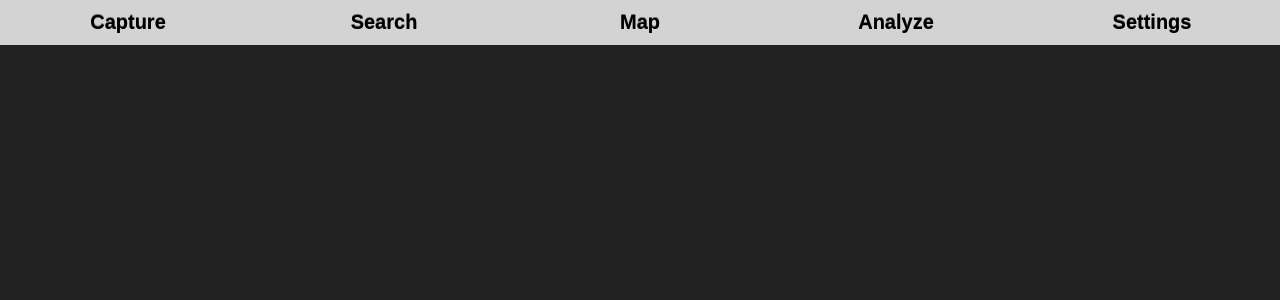
Repository: alightnin/WiFiGeolocator
Page: Final Project/WifiGeolocator/assets/www/index.html
These files come from the project's save history. The page is drawn as it stood at one moment and after the next save; the edit follows.
The browser window is 1280 px wide. The pictures show the whole page.

Above is the page before, as saved 2012-10-17 15:19:43.
Not found: Final Project/WifiGeolocator/assets/www/js/app.js

### Final Project/WifiGeolocator/assets/www/index.html
<!DOCTYPE HTML>
<html>
	<head>
		<meta name="viewport" content="width=device-width, initial-scale=1.0, user-scalable=0, minimum-scale=1.0, maximum-scale=1.0">
		<meta name="apple-mobile-web-app-capable" content="yes" />
		<link rel="stylesheet" href="css/geolocator.css">
		<script src="cordova-2.0.0.js"></script>
		<script src="js/iscroll-lite.js"></script>
		<script src="js/jquery-1.8.2.min.js"></script>
		<script src="js/app.js"></script>
		<script>
		$('#tab-bar a').on('click', function(e){
		    e.preventDefault();
		    var nextPage = $(e.target.hash);
		    $("#pages .current").removeClass("current");
		    nextPage.addClass("current");
		});
		</script>
		<title>WiFi GeoLocator</title>
	</head>
	<body>
		<header>
			<ul id="tab-bar">
    			<li><a href="#capture">Capture</a></li>
    			<li><a href="#search">Search</a></li>
    			<li><a href="#map">Map</a></li>
    			<li><a href="#analyze">Analyze</a></li>
    			<li><a href="#settings">Settings</a></li>
			</ul>
		</header>
		<div id="wrapper">
			<div id="main-content">
				<div id="pages">
    				<div id="capture" class="current">
    				</div>
    				<div id="search">
    				</div>
    				<div id="map">
    				</div>
    				<div id="analyze">
    				</div>
    				<div id="settings">
    				</div>
				</div>
			</div>
		</div>
	</body>
</html>

### Final Project/WifiGeolocator/assets/www/css/geolocator.css
html, body{
 margin: 0;
 padding: 0;
 border: 0;
}
body {
 font-family:Arial,  sans-serif;
 line-height:1.5;
 font-size:16px;
 background: #fff;
 padding:5px;
 color: #000000;
 word-wrap: break-word;
 -webkit-text-size-adjust: none;
}
h1, h2, h3, h4, h5, h6{ font-weight: normal; }
p img { float: left; margin: 0 10px 5px 0; padding: 0; }
img { border: 0; max-width: 100%; }
body{
    background: #222;
}
header{
    top:0; left:0;
    height:45px;
}
footer {
    bottom:0; left:0;
    height:48px;
    background-color:#c27b00;
    border-top:1px solid #eee;
}
header, footer{
    background-color:#d3d3d3;
    padding:0;
    position:absolute;
    z-index:2;
    font-size:20px;
    width:100%;
    text-align:center;
    color:#000000;
    font-weight:bold;
    text-shadow:0 -1px 0 rgba(0,0,0,0.5);
    line-height:45px;
}
h1{
    margin:0;
    text-transform: uppercase;
}
#wrapper {
    position:absolute;
    z-index:1;
    top:45px; bottom:48px; left:0;
    width:100%;
    overflow:auto;
}
#main-content {
    position:absolute;
    z-index:1;
    width:100%;
    padding:0;
}
#tab-bar{
    margin:0;
    padding:0;
}
#tab-bar li {
    display: inline;
    float:left;
    width: 20%;
}
#tab-bar a {
    color: #000000;
    display: block;
    overflow: hidden;
    position: relative;
    text-align: center;
    text-decoration: none;
    -webkit-touch-callout:none;
}
#pages > div {
    display: none;
    position: absolute;
    top:0;left:0;
    width:100%;
}
#pages > div.current {
    display: block;
}
#pages{
    position:relative;
}
.in, .out {
    -webkit-animation-timing-function: ease-in-out;
    -webkit-animation-duration: 400ms;
}
@-webkit-keyframes fade-in {
    from { opacity: 0; } to { opacity: 1; }
}
.fade.in {
    -webkit-animation-name: fade-in;
    z-index: 5;
}
.fade.out {
    z-index: 0;
}

### Final Project/WifiGeolocator/assets/www/js/iscroll-lite.js
/*!
 * iScroll Lite base on iScroll v4.1.6 ~ Copyright (c) 2011 Matteo Spinelli, http://cubiq.org
 * Released under MIT license, http://cubiq.org/license
 */

(function(){
var m = Math,
	mround = function (r) { return r >> 0; },
	vendor = (/webkit/i).test(navigator.appVersion) ? 'webkit' :
		(/firefox/i).test(navigator.userAgent) ? 'Moz' :
		'opera' in window ? 'O' : '',

    // Browser capabilities
    isAndroid = (/android/gi).test(navigator.appVersion),
    isIDevice = (/iphone|ipad/gi).test(navigator.appVersion),
    isPlaybook = (/playbook/gi).test(navigator.appVersion),
    isTouchPad = (/hp-tablet/gi).test(navigator.appVersion),

    has3d = 'WebKitCSSMatrix' in window && 'm11' in new WebKitCSSMatrix(),
    hasTouch = 'ontouchstart' in window && !isTouchPad,
    hasTransform = vendor + 'Transform' in document.documentElement.style,
    hasTransitionEnd = isIDevice || isPlaybook,

	nextFrame = (function() {
	    return window.requestAnimationFrame
			|| window.webkitRequestAnimationFrame
			|| window.mozRequestAnimationFrame
			|| window.oRequestAnimationFrame
			|| window.msRequestAnimationFrame
			|| function(callback) { return setTimeout(callback, 17); }
	})(),
	cancelFrame = (function () {
	    return window.cancelRequestAnimationFrame
			|| window.webkitCancelAnimationFrame
			|| window.webkitCancelRequestAnimationFrame
			|| window.mozCancelRequestAnimationFrame
			|| window.oCancelRequestAnimationFrame
			|| window.msCancelRequestAnimationFrame
			|| clearTimeout
	})(),

	// Events
	RESIZE_EV = 'onorientationchange' in window ? 'orientationchange' : 'resize',
	START_EV = hasTouch ? 'touchstart' : 'mousedown',
	MOVE_EV = hasTouch ? 'touchmove' : 'mousemove',
	END_EV = hasTouch ? 'touchend' : 'mouseup',
	CANCEL_EV = hasTouch ? 'touchcancel' : 'mouseup',

	// Helpers
	trnOpen = 'translate' + (has3d ? '3d(' : '('),
	trnClose = has3d ? ',0)' : ')',

	// Constructor
	iScroll = function (el, options) {
		var that = this,
			doc = document,
			i;

		that.wrapper = typeof el == 'object' ? el : doc.getElementById(el);
		that.wrapper.style.overflow = 'hidden';
		that.scroller = that.wrapper.children[0];

		// Default options
		that.options = {
			hScroll: true,
			vScroll: true,
			x: 0,
			y: 0,
			bounce: true,
			bounceLock: false,
			momentum: true,
			lockDirection: true,
			useTransform: true,
			useTransition: false,

			// Events
			onRefresh: null,
			onBeforeScrollStart: function (e) { e.preventDefault(); },
			onScrollStart: null,
			onBeforeScrollMove: null,
			onScrollMove: null,
			onBeforeScrollEnd: null,
			onScrollEnd: null,
			onTouchEnd: null,
			onDestroy: null
		};

		// User defined options
		for (i in options) that.options[i] = options[i];

		// Set starting position
		that.x = that.options.x;
		that.y = that.options.y;

		// Normalize options
		that.options.useTransform = hasTransform ? that.options.useTransform : false;
		that.options.hScrollbar = that.options.hScroll && that.options.hScrollbar;
		that.options.vScrollbar = that.options.vScroll && that.options.vScrollbar;
		that.options.useTransition = hasTransitionEnd && that.options.useTransition;

		// Set some default styles
		that.scroller.style[vendor + 'TransitionProperty'] = that.options.useTransform ? '-' + vendor.toLowerCase() + '-transform' : 'top left';
		that.scroller.style[vendor + 'TransitionDuration'] = '0';
		that.scroller.style[vendor + 'TransformOrigin'] = '0 0';
		if (that.options.useTransition) that.scroller.style[vendor + 'TransitionTimingFunction'] = 'cubic-bezier(0.33,0.66,0.66,1)';

		if (that.options.useTransform) that.scroller.style[vendor + 'Transform'] = trnOpen + that.x + 'px,' + that.y + 'px' + trnClose;
		else that.scroller.style.cssText += ';position:absolute;top:' + that.y + 'px;left:' + that.x + 'px';

		that.refresh();

		that._bind(RESIZE_EV, window);
		that._bind(START_EV);
		if (!hasTouch) that._bind('mouseout', that.wrapper);
	};

// Prototype
iScroll.prototype = {
	enabled: true,
	x: 0,
	y: 0,
	steps: [],
	scale: 1,

	handleEvent: function (e) {
		var that = this;
		switch(e.type) {
			case START_EV:
				if (!hasTouch && e.button !== 0) return;
				that._start(e);
				break;
			case MOVE_EV: that._move(e); break;
			case END_EV:
			case CANCEL_EV: that._end(e); break;
			case RESIZE_EV: that._resize(); break;
			case 'mouseout': that._mouseout(e); break;
			case 'webkitTransitionEnd': that._transitionEnd(e); break;
		}
	},

	_resize: function () {
		this.refresh();
	},

	_pos: function (x, y) {
		x = this.hScroll ? x : 0;
		y = this.vScroll ? y : 0;

		if (this.options.useTransform) {
			this.scroller.style[vendor + 'Transform'] = trnOpen + x + 'px,' + y + 'px' + trnClose + ' scale(' + this.scale + ')';
		} else {
			x = mround(x);
			y = mround(y);
			this.scroller.style.left = x + 'px';
			this.scroller.style.top = y + 'px';
		}

		this.x = x;
		this.y = y;
	},

	_start: function (e) {
		var that = this,
			point = hasTouch ? e.touches[0] : e,
			matrix, x, y;

		if (!that.enabled) return;

		if (that.options.onBeforeScrollStart) that.options.onBeforeScrollStart.call(that, e);

		if (that.options.useTransition) that._transitionTime(0);

		that.moved = false;
		that.animating = false;
		that.zoomed = false;
		that.distX = 0;
		that.distY = 0;
		that.absDistX = 0;
		that.absDistY = 0;
		that.dirX = 0;
		that.dirY = 0;

		if (that.options.momentum) {
			if (that.options.useTransform) {
				// Very lame general purpose alternative to CSSMatrix
				matrix = getComputedStyle(that.scroller, null)[vendor + 'Transform'].replace(/[^0-9-.,]/g, '').split(',');
				x = matrix[4] * 1;
				y = matrix[5] * 1;
			} else {
				x = getComputedStyle(that.scroller, null).left.replace(/[^0-9-]/g, '') * 1;
				y = getComputedStyle(that.scroller, null).top.replace(/[^0-9-]/g, '') * 1;
			}

			if (x != that.x || y != that.y) {
				if (that.options.useTransition) that._unbind('webkitTransitionEnd');
				else cancelFrame(that.aniTime);
				that.steps = [];
				that._pos(x, y);
			}
		}

		that.startX = that.x;
		that.startY = that.y;
		that.pointX = point.pageX;
		that.pointY = point.pageY;

		that.startTime = e.timeStamp || Date.now();

		if (that.options.onScrollStart) that.options.onScrollStart.call(that, e);

		that._bind(MOVE_EV);
		that._bind(END_EV);
		that._bind(CANCEL_EV);
	},

	_move: function (e) {
		var that = this,
			point = hasTouch ? e.touches[0] : e,
			deltaX = point.pageX - that.pointX,
			deltaY = point.pageY - that.pointY,
			newX = that.x + deltaX,
			newY = that.y + deltaY,
			timestamp = e.timeStamp || Date.now();

		if (that.options.onBeforeScrollMove) that.options.onBeforeScrollMove.call(that, e);

		that.pointX = point.pageX;
		that.pointY = point.pageY;

		// Slow down if outside of the boundaries
		if (newX > 0 || newX < that.maxScrollX) {
			newX = that.options.bounce ? that.x + (deltaX / 2) : newX >= 0 || that.maxScrollX >= 0 ? 0 : that.maxScrollX;
		}
		if (newY > 0 || newY < that.maxScrollY) {
			newY = that.options.bounce ? that.y + (deltaY / 2) : newY >= 0 || that.maxScrollY >= 0 ? 0 : that.maxScrollY;
		}

		that.distX += deltaX;
		that.distY += deltaY;
		that.absDistX = m.abs(that.distX);
		that.absDistY = m.abs(that.distY);

		if (that.absDistX < 6 && that.absDistY < 6) {
			return;
		}

		// Lock direction
		if (that.options.lockDirection) {
			if (that.absDistX > that.absDistY + 5) {
				newY = that.y;
				deltaY = 0;
			} else if (that.absDistY > that.absDistX + 5) {
				newX = that.x;
				deltaX = 0;
			}
		}

		that.moved = true;
		that._pos(newX, newY);
		that.dirX = deltaX > 0 ? -1 : deltaX < 0 ? 1 : 0;
		that.dirY = deltaY > 0 ? -1 : deltaY < 0 ? 1 : 0;

		if (timestamp - that.startTime > 300) {
			that.startTime = timestamp;
			that.startX = that.x;
			that.startY = that.y;
		}

		if (that.options.onScrollMove) that.options.onScrollMove.call(that, e);
	},

	_end: function (e) {
		if (hasTouch && e.touches.length != 0) return;

		var that = this,
			point = hasTouch ? e.changedTouches[0] : e,
			target, ev,
			momentumX = { dist:0, time:0 },
			momentumY = { dist:0, time:0 },
			duration = (e.timeStamp || Date.now()) - that.startTime,
			newPosX = that.x,
			newPosY = that.y,
			newDuration;

		that._unbind(MOVE_EV);
		that._unbind(END_EV);
		that._unbind(CANCEL_EV);

		if (that.options.onBeforeScrollEnd) that.options.onBeforeScrollEnd.call(that, e);

		if (!that.moved) {
			if (hasTouch) {
				// Find the last touched element
				target = point.target;
				while (target.nodeType != 1) target = target.parentNode;

				if (target.tagName != 'SELECT' && target.tagName != 'INPUT' && target.tagName != 'TEXTAREA') {
					ev = document.createEvent('MouseEvents');
					ev.initMouseEvent('click', true, true, e.view, 1,
						point.screenX, point.screenY, point.clientX, point.clientY,
						e.ctrlKey, e.altKey, e.shiftKey, e.metaKey,
						0, null);
					ev._fake = true;
					target.dispatchEvent(ev);
				}
			}

			that._resetPos(200);

			if (that.options.onTouchEnd) that.options.onTouchEnd.call(that, e);
			return;
		}

		if (duration < 300 && that.options.momentum) {
			momentumX = newPosX ? that._momentum(newPosX - that.startX, duration, -that.x, that.scrollerW - that.wrapperW + that.x, that.options.bounce ? that.wrapperW : 0) : momentumX;
			momentumY = newPosY ? that._momentum(newPosY - that.startY, duration, -that.y, (that.maxScrollY < 0 ? that.scrollerH - that.wrapperH + that.y : 0), that.options.bounce ? that.wrapperH : 0) : momentumY;

			newPosX = that.x + momentumX.dist;
			newPosY = that.y + momentumY.dist;

 			if ((that.x > 0 && newPosX > 0) || (that.x < that.maxScrollX && newPosX < that.maxScrollX)) momentumX = { dist:0, time:0 };
 			if ((that.y > 0 && newPosY > 0) || (that.y < that.maxScrollY && newPosY < that.maxScrollY)) momentumY = { dist:0, time:0 };
		}

		if (momentumX.dist || momentumY.dist) {
			newDuration = m.max(m.max(momentumX.time, momentumY.time), 10);

			that.scrollTo(mround(newPosX), mround(newPosY), newDuration);

			if (that.options.onTouchEnd) that.options.onTouchEnd.call(that, e);
			return;
		}

		that._resetPos(200);
		if (that.options.onTouchEnd) that.options.onTouchEnd.call(that, e);
	},

	_resetPos: function (time) {
		var that = this,
			resetX = that.x >= 0 ? 0 : that.x < that.maxScrollX ? that.maxScrollX : that.x,
			resetY = that.y >= 0 || that.maxScrollY > 0 ? 0 : that.y < that.maxScrollY ? that.maxScrollY : that.y;

		if (resetX == that.x && resetY == that.y) {
			if (that.moved) {
				if (that.options.onScrollEnd) that.options.onScrollEnd.call(that);		// Execute custom code on scroll end
				that.moved = false;
			}

			return;
		}

		that.scrollTo(resetX, resetY, time || 0);
	},

	_mouseout: function (e) {
		var t = e.relatedTarget;

		if (!t) {
			this._end(e);
			return;
		}

		while (t = t.parentNode) if (t == this.wrapper) return;

		this._end(e);
	},

	_transitionEnd: function (e) {
		var that = this;

		if (e.target != that.scroller) return;

		that._unbind('webkitTransitionEnd');

		that._startAni();
	},

	/**
	 *
	 * Utilities
	 *
	 */
	_startAni: function () {
		var that = this,
			startX = that.x, startY = that.y,
			startTime = Date.now(),
			step, easeOut,
			animate;

		if (that.animating) return;

		if (!that.steps.length) {
			that._resetPos(400);
			return;
		}

		step = that.steps.shift();

		if (step.x == startX && step.y == startY) step.time = 0;

		that.animating = true;
		that.moved = true;

		if (that.options.useTransition) {
			that._transitionTime(step.time);
			that._pos(step.x, step.y);
			that.animating = false;
			if (step.time) that._bind('webkitTransitionEnd');
			else that._resetPos(0);
			return;
		}

		animate = function () {
			var now = Date.now(),
				newX, newY;

			if (now >= startTime + step.time) {
				that._pos(step.x, step.y);
				that.animating = false;
				if (that.options.onAnimationEnd) that.options.onAnimationEnd.call(that);			// Execute custom code on animation end
				that._startAni();
				return;
			}

			now = (now - startTime) / step.time - 1;
			easeOut = m.sqrt(1 - now * now);
			newX = (step.x - startX) * easeOut + startX;
			newY = (step.y - startY) * easeOut + startY;
			that._pos(newX, newY);
			if (that.animating) that.aniTime = nextFrame(animate);
		};

		animate();
	},

	_transitionTime: function (time) {
		this.scroller.style[vendor + 'TransitionDuration'] = time + 'ms';
	},

	_momentum: function (dist, time, maxDistUpper, maxDistLower, size) {
		var deceleration = 0.0006,
			speed = m.abs(dist) / time,
			newDist = (speed * speed) / (2 * deceleration),
			newTime = 0, outsideDist = 0;

		// Proportinally reduce speed if we are outside of the boundaries
		if (dist > 0 && newDist > maxDistUpper) {
			outsideDist = size / (6 / (newDist / speed * deceleration));
			maxDistUpper = maxDistUpper + outsideDist;
			speed = speed * maxDistUpper / newDist;
			newDist = maxDistUpper;
		} else if (dist < 0 && newDist > maxDistLower) {
			outsideDist = size / (6 / (newDist / speed * deceleration));
			maxDistLower = maxDistLower + outsideDist;
			speed = speed * maxDistLower / newDist;
			newDist = maxDistLower;
		}

		newDist = newDist * (dist < 0 ? -1 : 1);
		newTime = speed / deceleration;

		return { dist: newDist, time: mround(newTime) };
	},

	_offset: function (el) {
		var left = -el.offsetLeft,
			top = -el.offsetTop;

		while (el = el.offsetParent) {
			left -= el.offsetLeft;
			top -= el.offsetTop;
		}

		return { left: left, top: top };
	},

	_bind: function (type, el, bubble) {
		(el || this.scroller).addEventListener(type, this, !!bubble);
	},

	_unbind: function (type, el, bubble) {
		(el || this.scroller).removeEventListener(type, this, !!bubble);
	},


	/**
	 *
	 * Public methods
	 *
	 */
	destroy: function () {
		var that = this;

		that.scroller.style[vendor + 'Transform'] = '';

		// Remove the event listeners
		that._unbind(RESIZE_EV, window);
		that._unbind(START_EV);
		that._unbind(MOVE_EV);
		that._unbind(END_EV);
		that._unbind(CANCEL_EV);
		that._unbind('mouseout', that.wrapper);
		if (that.options.useTransition) that._unbind('webkitTransitionEnd');

		if (that.options.onDestroy) that.options.onDestroy.call(that);
	},

	refresh: function () {
		var that = this,
			offset;

		that.wrapperW = that.wrapper.clientWidth;
		that.wrapperH = that.wrapper.clientHeight;

		that.scrollerW = that.scroller.offsetWidth;
		that.scrollerH = that.scroller.offsetHeight;
		that.maxScrollX = that.wrapperW - that.scrollerW;
		that.maxScrollY = that.wrapperH - that.scrollerH;
		that.dirX = 0;
		that.dirY = 0;

		that.hScroll = that.options.hScroll && that.maxScrollX < 0;
		that.vScroll = that.options.vScroll && (!that.options.bounceLock && !that.hScroll || that.scrollerH > that.wrapperH);

		offset = that._offset(that.wrapper);
		that.wrapperOffsetLeft = -offset.left;
		that.wrapperOffsetTop = -offset.top;


		that.scroller.style[vendor + 'TransitionDuration'] = '0';

		that._resetPos(200);
	},

	scrollTo: function (x, y, time, relative) {
		var that = this,
			step = x,
			i, l;

		that.stop();

		if (!step.length) step = [{ x: x, y: y, time: time, relative: relative }];

		for (i=0, l=step.length; i<l; i++) {
			if (step[i].relative) { step[i].x = that.x - step[i].x; step[i].y = that.y - step[i].y; }
			that.steps.push({ x: step[i].x, y: step[i].y, time: step[i].time || 0 });
		}

		that._startAni();
	},

	scrollToElement: function (el, time) {
		var that = this, pos;
		el = el.nodeType ? el : that.scroller.querySelector(el);
		if (!el) return;

		pos = that._offset(el);
		pos.left += that.wrapperOffsetLeft;
		pos.top += that.wrapperOffsetTop;

		pos.left = pos.left > 0 ? 0 : pos.left < that.maxScrollX ? that.maxScrollX : pos.left;
		pos.top = pos.top > 0 ? 0 : pos.top < that.maxScrollY ? that.maxScrollY : pos.top;
		time = time === undefined ? m.max(m.abs(pos.left)*2, m.abs(pos.top)*2) : time;

		that.scrollTo(pos.left, pos.top, time);
	},

	disable: function () {
		this.stop();
		this._resetPos(0);
		this.enabled = false;

		// If disabled after touchstart we make sure that there are no left over events
		this._unbind(MOVE_EV);
		this._unbind(END_EV);
		this._unbind(CANCEL_EV);
	},

	enable: function () {
		this.enabled = true;
	},

	stop: function () {
		cancelFrame(this.aniTime);
		this.steps = [];
		this.moved = false;
		this.animating = false;
	}
};

if (typeof exports !== 'undefined') exports.iScroll = iScroll;
else window.iScroll = iScroll;

})();

Loaded but not shown: Final Project/WifiGeolocator/assets/www/js/cordova-2.0.0.js (library); Final Project/WifiGeolocator/assets/www/js/jquery-1.8.2.min.js (library)

After the next save:
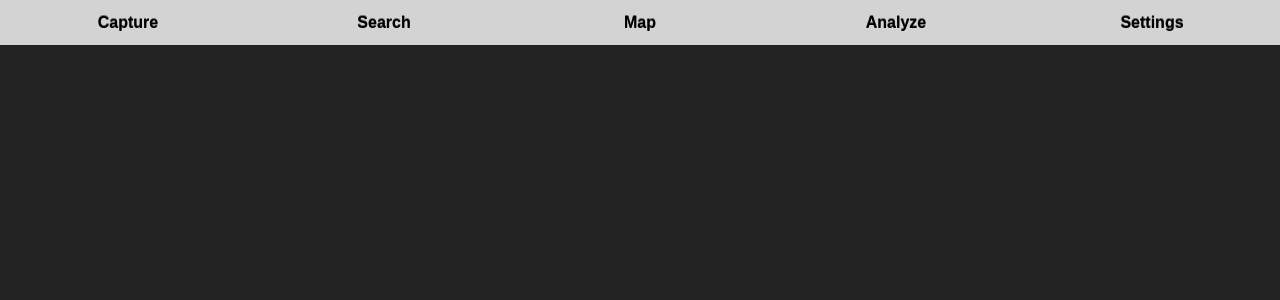
Saved 18 s later.
--- a/Final Project/WifiGeolocator/assets/www/css/geolocator.css
+++ b/Final Project/WifiGeolocator/assets/www/css/geolocator.css
@@ -34,7 +34,7 @@ header, footer{
     padding:0;
     position:absolute;
     z-index:2;
-    font-size:20px;
+    font-size:16px;
     width:100%;
     text-align:center;
     color:#000000;
